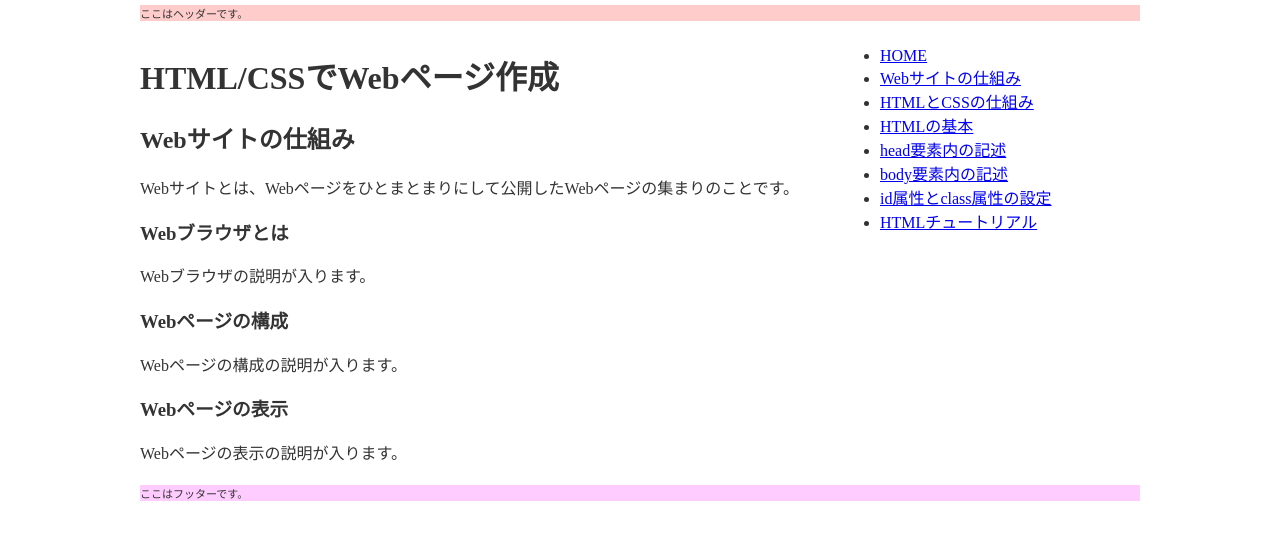
Repository: sugihiro1/test_laravel
Page: kadai_css/kadai_css.html
The author's editor kept a record of every edit. The page is drawn from the files as they stood at one moment, then again after the next edit.
The browser window is 1280 px wide. The pictures show the whole page.

Above is the page before.

### kadai_css/kadai_css.html
<!DOCTYPE html>
<html lang="ja">
    <head>
        <meta charset="utf-8">
        <title>HTML/CSSでWebページ作成</title>
        <link rel="stylesheet" href="kadai_css.css">
    </head>
    <body>
        <header>
            <p>ここはヘッダーです。</p>
        </header>

        <div id="wrapper" class="clearfix">
            <nav id="menu">
                <ul>
                    <li class="current"><a href="kadai_html.html">HOME</a></li>
                    <li><a href="website.html">Webサイトの仕組み</a></li>
                    <li><a href="htmlcss.html">HTMLとCSSの仕組み</a></li>
                    <li><a href="htmlbasic.html">HTMLの基本</a></li>
                    <li><a href="head.html">head要素内の記述</a></li>
                    <li><a href="body.html">body要素内の記述</a></li>
                    <li><a href="idclass.html">id属性とclass属性の設定</a></li>
                    <li><a href="tutorial.html">HTMLチュートリアル</a></li>
                </ul>
            </nav>
            <div id="main">
                <h1>HTML/CSSでWebページ作成</h1>
                <h2>Webサイトの仕組み</h2>
                    <p>Webサイトとは、Webページをひとまとまりにして公開したWebページの集まりのことです。</p>
                    <h3>Webブラウザとは</h3>
                        <p>Webブラウザの説明が入ります。</p>
                    <h3>Webページの構成</h3>
                        <p>Webページの構成の説明が入ります。</p>
                    <h3>Webページの表示</h3>
                        <p>Webページの表示の説明が入ります。</p>
            </div>
        </div>

        <footer>
            <p>ここはフッターです。</p>
        </footer>
    </body>
</html>

### kadai_css/kadai_css.css
@charset "UTF-8";


/* body全体のcss設定  */
body {
    margin: 0;
    padding: 0;
    color: #333;  /* 文字色を少しグレーにする */

}

/* header部分のcss設定 */
header {
    width: 1000px;
    margin: 0 auto;　/* マージン：四辺すべてに適用、中央揃え */
}

header p {
    margin: 5px 0 10px;  /* マージン：上 | 左右 | 下 | */
    background-color: #ffcccc;
    font-size: 11px;
}



#wrapper {
    width: 1000px;
    margin: 0 auto;
}

#menu {
    width: 300px;
    float: right;  /* 右寄せ */
}

#main {
    width: 700px;
    float: left;  /* 左寄せ */
}

/*clearfix */
.clearfix::after {
    content: '';
    display: block;
    clear: both;
}

/* clearfix 別方式 */
#wrapper {
  overflow: hidden;
}



/* footer部分のcss設定 */
footer {
    width: 1000px;
    margin: 0 auto;　/* マージン：四辺すべてに適用、中央揃え */
}

footer p {
    margin: 5px 0 10px;  /* マージン：上 | 左右 | 下 | */
    background-color: #ffccff;
    font-size: 11px;
}

After the next edit:
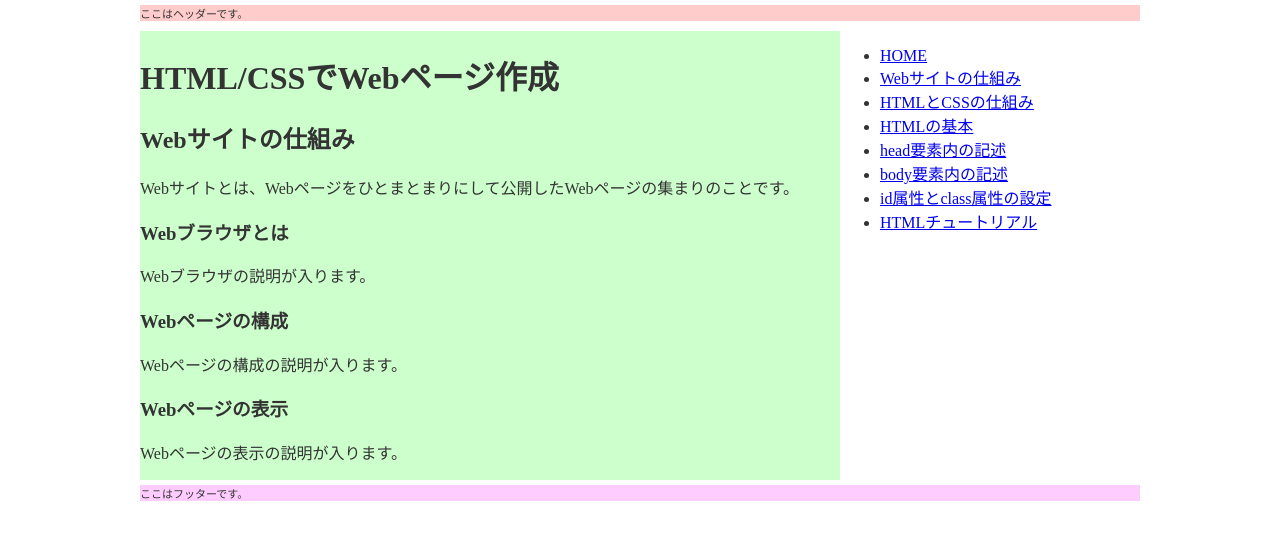
The edit:
--- a/kadai_css/kadai_css.css
+++ b/kadai_css/kadai_css.css
@@ -36,6 +36,7 @@
 #main {
     width: 700px;
     float: left;  /* 左寄せ */
+    background-color: #ccffcc;
 }
 
 /*clearfix */
